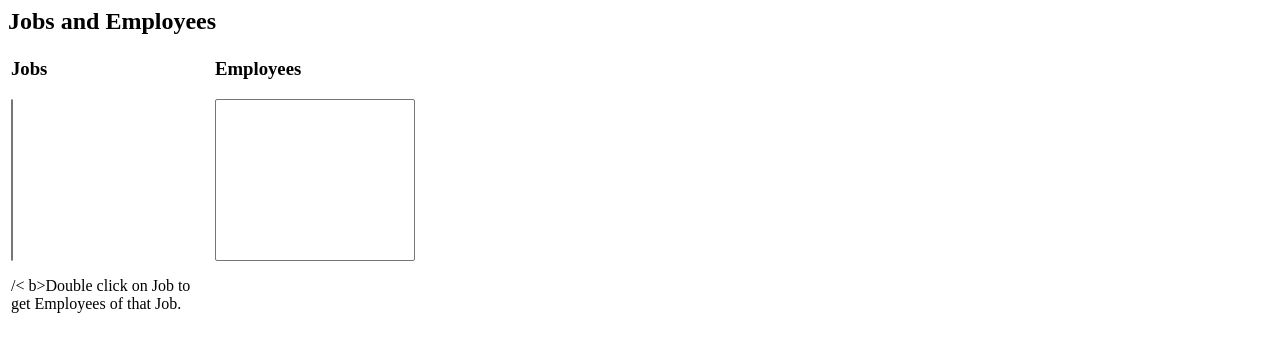
Repository: rejatavi/IntialCommit
Page: Web/WebContent/Jquery/jobs.html
An editor plug-in stored every save of this project. The page is shown before and after the next save, followed by the edit.
The browser window is 1280 px wide. The pictures show the whole page.

Above is the page before, as saved 2018-05-29 17:24:18.

After the next save:
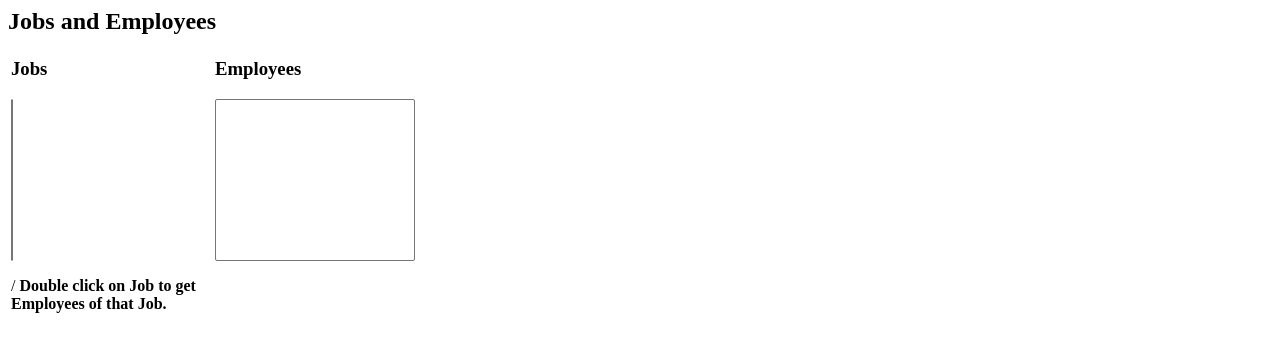
Saved 12 s later.
--- a/Web/WebContent/Jquery/jobs.html
+++ b/Web/WebContent/Jquery/jobs.html
@@ -38,8 +38,8 @@
 			<td valign="top" width="200px">
 				<h3>Jobs</h3> <select id="jobs" size="10"
 				ondblclick="getEmployees()"></select>
-			<p /> <p>/<
-			b>Double click on Job to get Employees of that Job.</b>
+			<p /> <p>/
+			<b>Double click on Job to get Employees of that Job.</b>
 			</td>
 			<td valign="top" width="200px">
 				<h3>Employees</h3> <select id="employees" size="10"
